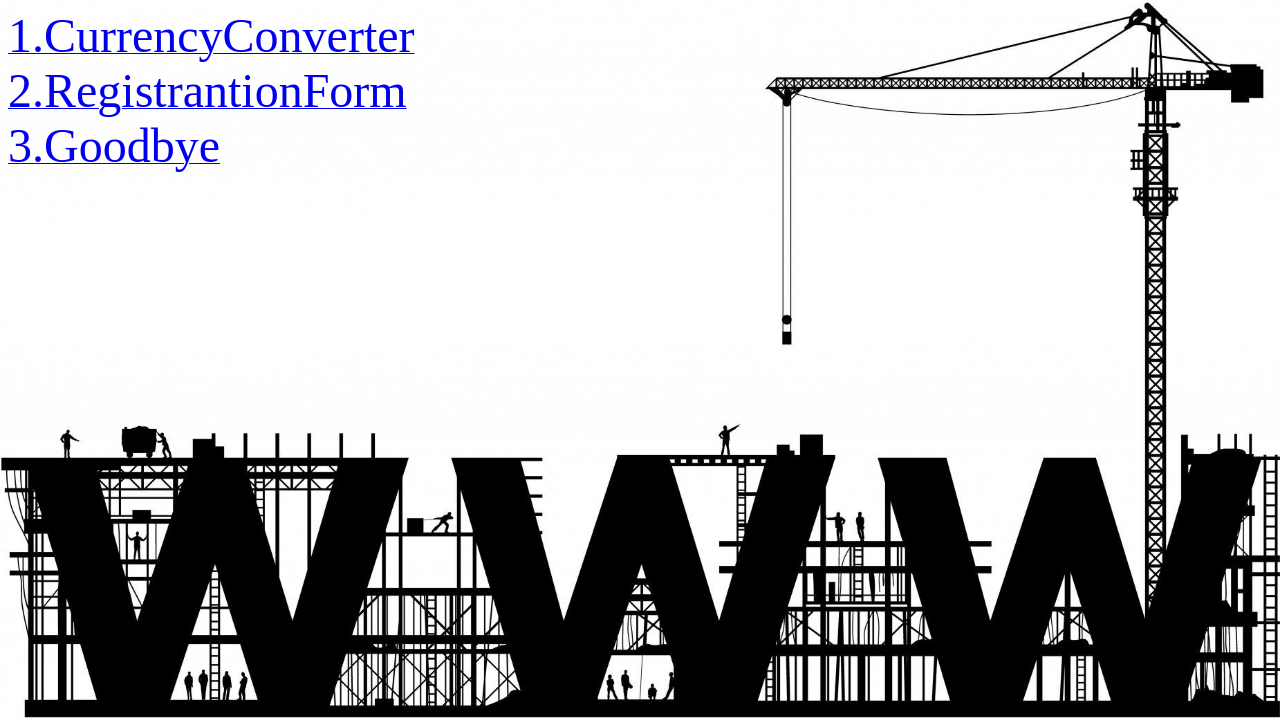
Repository: AJEET006/AdvanceJava-DSA
Page: ADVANCE_JAVA/HW_Example/WebContent/Firstpage.html
The author's editor kept a copy of each file at every save. The page is drawn from the files as they stood at one save, then again after the next save.
The browser window is 1280 px wide. The page is 1288 px wide, so the pictures cover 1288 px, including what lies to the right of the window. The pictures show the whole page.

Above is the page before, as saved 2022-06-22 03:04:53.

### ADVANCE_JAVA/HW_Example/WebContent/Firstpage.html
<!DOCTYPE html>
<html>
<head>
<title>Welcome Home</title>
<style>
body {
	background-image: url("./home6.jpg");
	height: 50%;
	width: 100%;
	background-repeat: no-repeat;
	background-size: cover;
}
</style>


</head>
<body>

	<a href="CurrencyConverter.html"><font size="10"
		style="border-width: groove;">1.CurrencyConverter</font></a>
	<br />
	<a href="RegistrationForm.html"><font size="10"
		style="border-width: medium;">2.RegistrantionForm</font></a>
	<br />
	<a href="GoodBye.html"><font size="10"
		style="border-width: medium;">3.Goodbye</font></a>
</body>
</html>

After the next save:
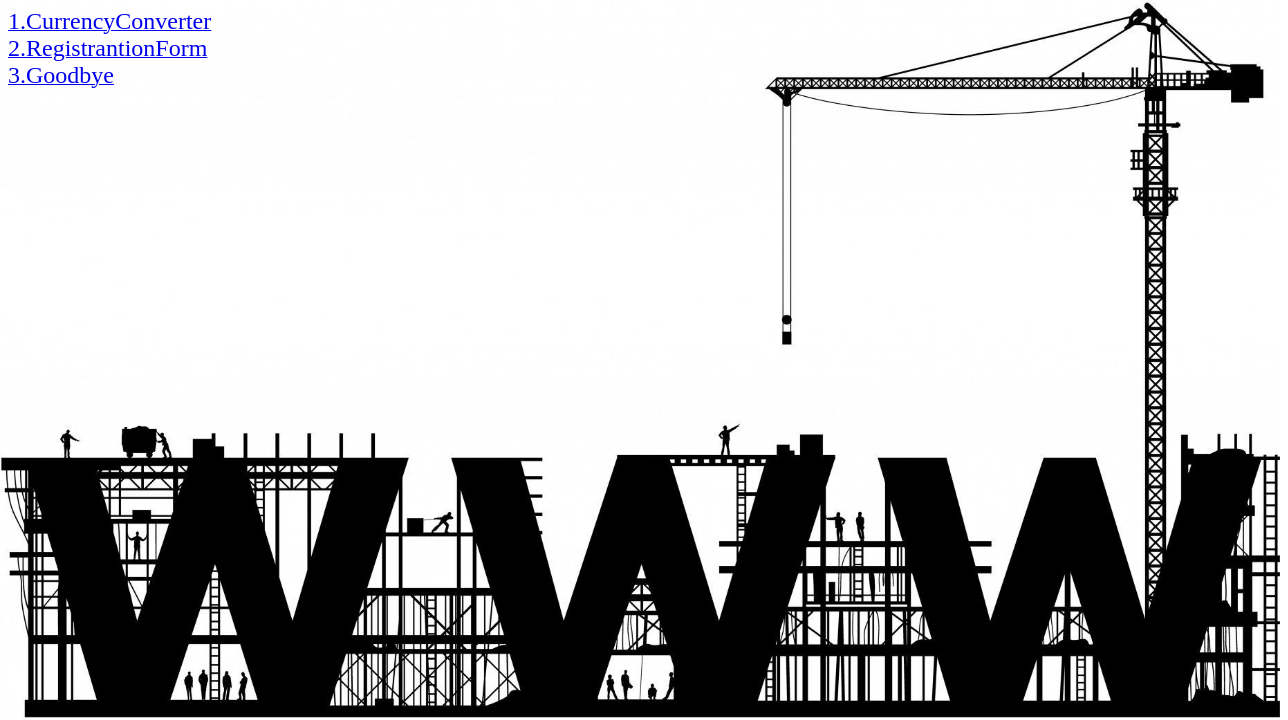
Saved 84 s later.
--- a/ADVANCE_JAVA/HW_Example/WebContent/Firstpage.html
+++ b/ADVANCE_JAVA/HW_Example/WebContent/Firstpage.html
@@ -16,13 +16,13 @@ body {
 </head>
 <body>
 
-	<a href="CurrencyConverter.html"><font size="10"
+	<a href="CurrencyConverter.html"><font size="5"
 		style="border-width: groove;">1.CurrencyConverter</font></a>
 	<br />
-	<a href="RegistrationForm.html"><font size="10"
+	<a href="RegistrationForm.html"><font size="5"
 		style="border-width: medium;">2.RegistrantionForm</font></a>
 	<br />
-	<a href="GoodBye.html"><font size="10"
+	<a href="GoodBye.html"><font size="5"
 		style="border-width: medium;">3.Goodbye</font></a>
 </body>
 </html>
